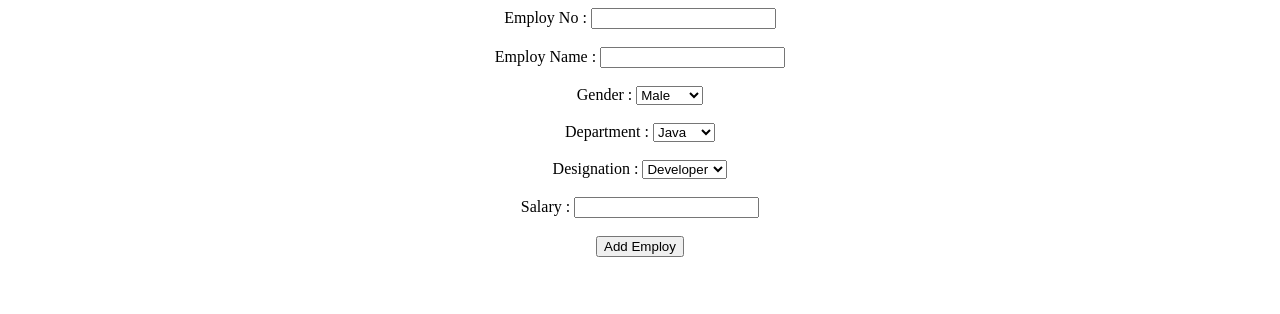
Repository: Guptaji153/Test002
Page: http://localhost/jspJDBC/AddEmploy.jsp
An editor plug-in stored every save of this project. The page is shown before and after the next save, followed by the edit.
The browser window is 1280 px wide. The pictures show the whole page.
The page is served by Tomcat 9. Other server files are loaded and not shown.

Above is the page before, as saved 2025-05-06 06:11:42.

### Day2/jspJDBC/src/main/webapp/AddEmploy.jsp
<%@page import="com.java.jdbc.dao.EmployDaoImpl"%>
<%@page import="com.java.jdbc.dao.EmployDao"%>
<%@page import="com.java.jdbc.model.Gender"%>
<%@page import="com.java.jdbc.model.Employ"%>
<%@ page language="java" contentType="text/html; charset=UTF-8"
    pageEncoding="UTF-8"%>
<!DOCTYPE html>
<html>
<head>
<meta charset="UTF-8">
<title>Insert title here</title>
</head>
<body>
<form method="post" action="AddEmploy.jsp">
		<center>
			Employ No :
			<input type="number" name="empno" /> <br/><br/>
			Employ Name :
			<input type="text" name="name" /> <br/><br/>
			Gender :
			<select name="gender">
				<option value="MALE">Male</option>
				<option value="FEMALE">Female</option>
			</select> <br/><br/>
			Department :
			<select name="dept">
				<option value="Java">Java</option>
				<option value="Dotnet">Dotnet</option>
				<option value="Sql">Sql</option>
			</select> <br/><br/>
			Designation :
			<select name="desig">
				<option value="Developer">Developer</option>
				<option value="TeamLead">TeamLead</option>
				<option value="Manager">Manager</option>
			</select> <br/><br/>
			Salary :
			<input type="number" name="basic" /> <br/><br/>
			<input type="submit" value="Add Employ" />
		</center>
	</form>
	<%
		if (request.getParameter("empno")!=null &&
			request.getParameter("basic")!=null) {
			Employ employ = new Employ();
			EmployDao dao = new EmployDaoImpl();
			employ.setEmpno(Integer.parseInt(request.getParameter("empno")));
			employ.setName(request.getParameter("name"));
			employ.setGender(Gender.valueOf(request.getParameter("gender")));
			employ.setDept(request.getParameter("dept"));
			employ.setDesig(request.getParameter("desig"));
			employ.setBasic(Double.parseDouble(request.getParameter("basic")));
			dao.addEmployDao(employ);
	%>
		<jsp:forward page="EmployShow.jsp" />
	<%
		}
	%>
</body>
</html>

### Day2/jspJDBC/src/main/java/com/java/jdbc/dao/EmployDao.java
package com.java.jdbc.dao;

import java.sql.SQLException;
import java.util.List;

import com.java.jdbc.model.Employ;

public interface EmployDao {

	List<Employ> showEmployDao() throws ClassNotFoundException, SQLException;
	Employ searchEmployDao(int empno) throws ClassNotFoundException, SQLException;
	String addEmployDao(Employ employ) throws ClassNotFoundException, SQLException;
	String deleteEmployDao(int empno) throws ClassNotFoundException, SQLException;
	String updateEmployDao(Employ employUpdated) throws ClassNotFoundException, SQLException;
	String addUser(String user, String pwd) throws ClassNotFoundException, SQLException;
	int authenticate(String user, String pwd) throws ClassNotFoundException, SQLException;
}

After the next save:
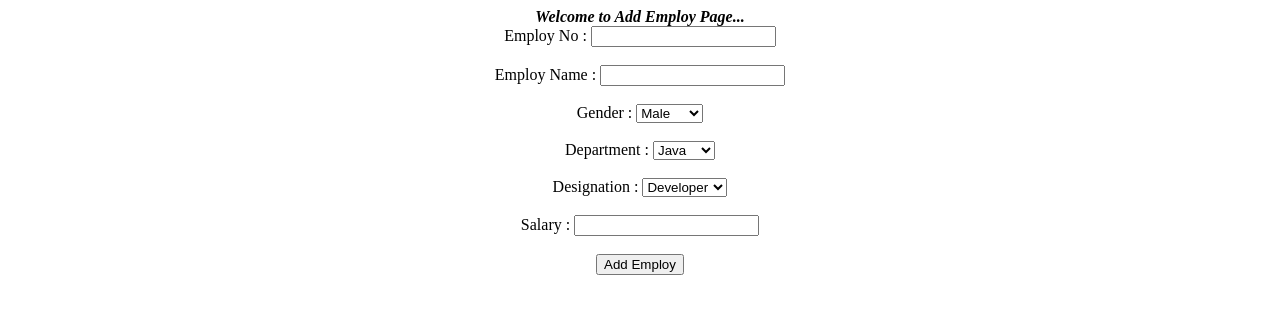
Saved 75 s later.
--- a/Day2/jspJDBC/src/main/webapp/AddEmploy.jsp
+++ b/Day2/jspJDBC/src/main/webapp/AddEmploy.jsp
@@ -11,6 +11,8 @@
 <title>Insert title here</title>
 </head>
 <body>
+
+<center><b><i>Welcome to Add Employ Page...</i></b></center>
 <form method="post" action="AddEmploy.jsp">
 		<center>
 			Employ No :
